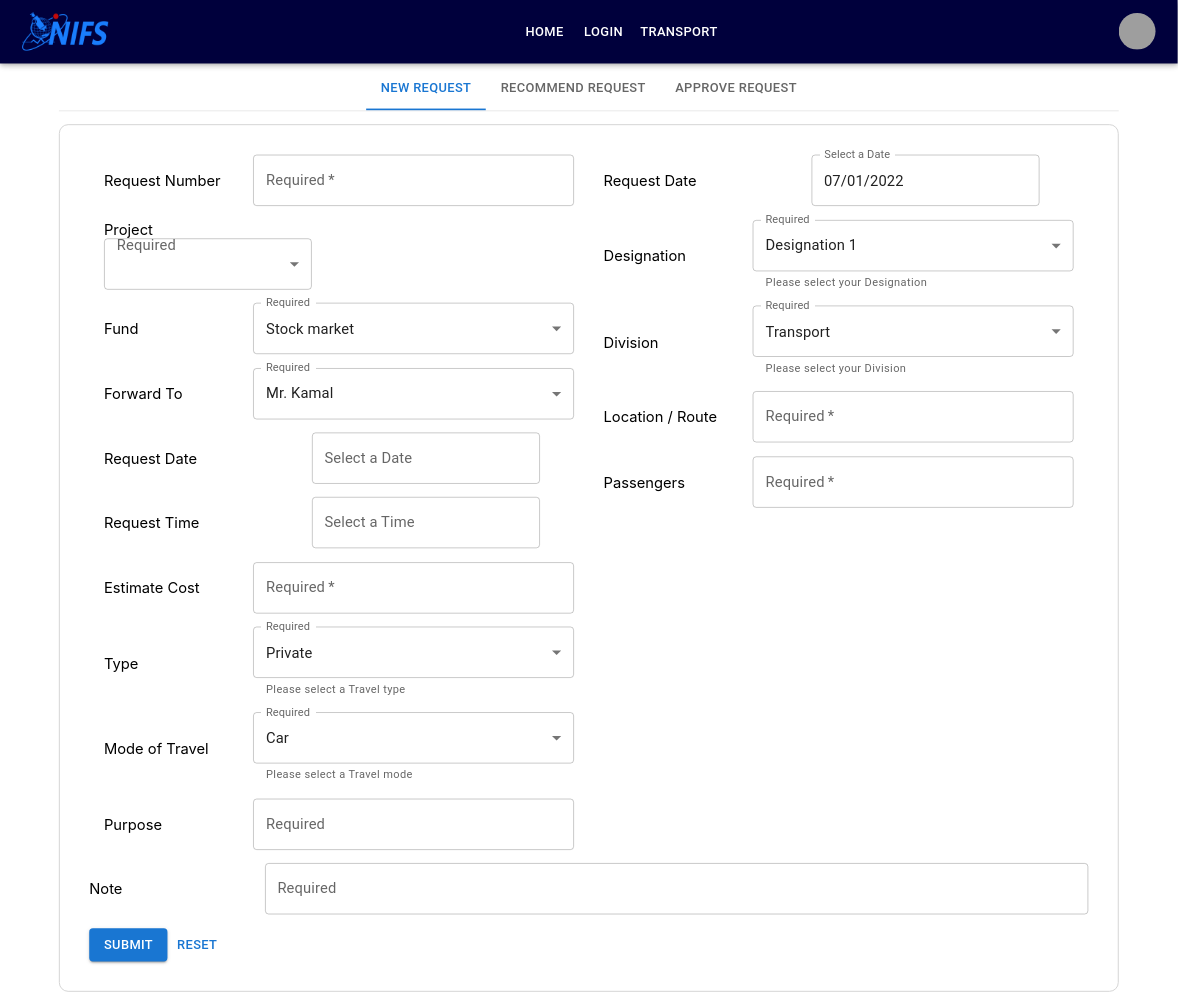
Repository: Ravindu97/NIFS_WebApplication
Page: /transport (app in client/)
These files come from the project's save history. The page is drawn as it stood at one moment and after the next save; the edit follows.
The browser window is 1280 px wide. The pictures show the whole page, at 92% of full size.
Pictures or frames that could not be fetched are drawn as grey boxes. The project was rebuilt for these pictures with package versions that can differ from the ones it lists, and the page was loaded fresh each time. Also part of the build but not shown: client/src/pages/Home.js, client/src/pages/Login.js, client/src/components/Transport/RecommendedRequest.js, client/src/components/Transport/ApproveRequest.js.

Above is the page before, as saved 2022-07-01 09:52:10.

After the next save:
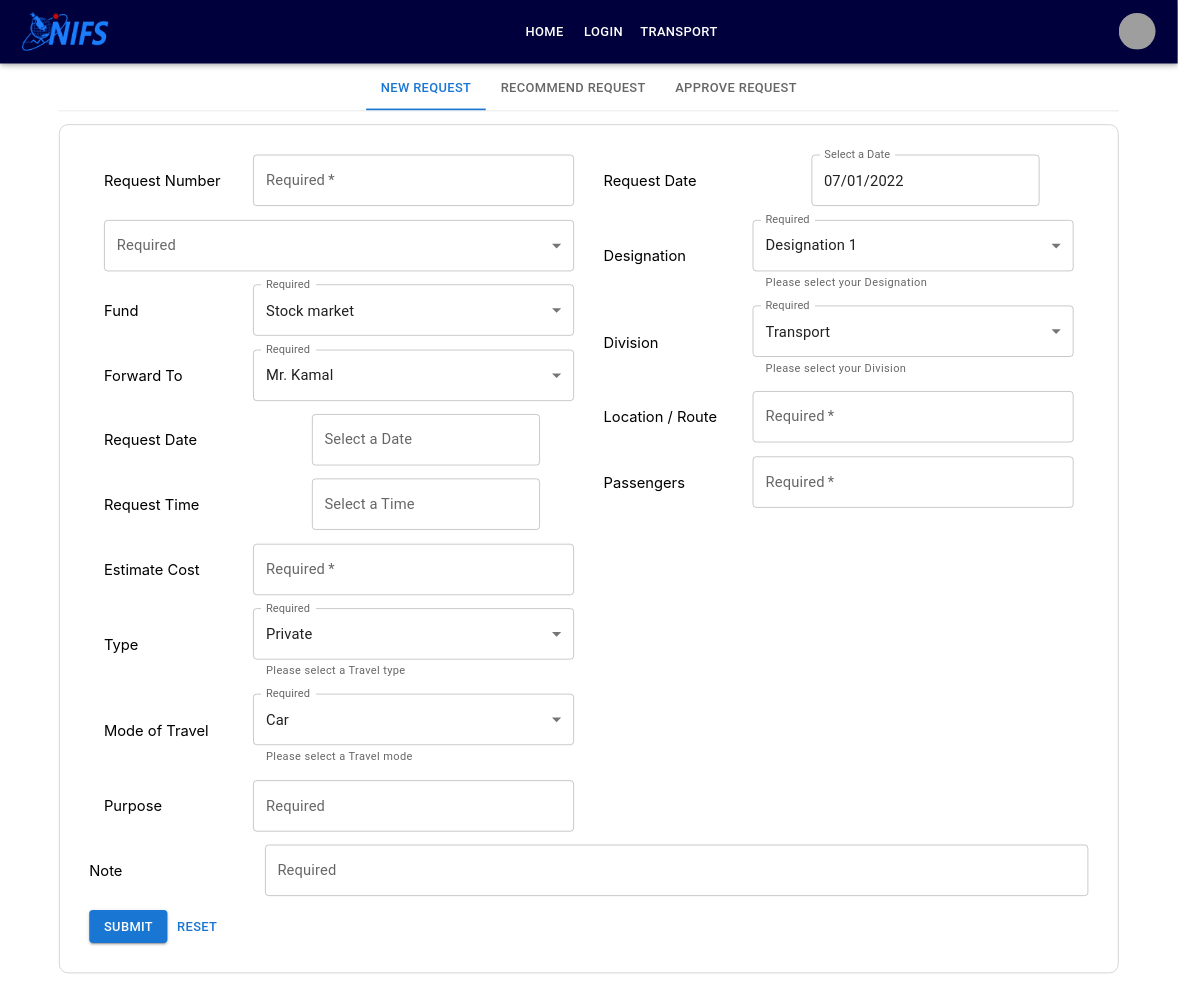
Saved 4 s later.
--- a/client/src/components/Transport/NewRequest.js
+++ b/client/src/components/Transport/NewRequest.js
@@ -98,8 +98,7 @@ function NewRequest() {
 									</option>
 								))}
 							</TextField> */}
-							<FormControl className="input-fields">
-								<label>Project</label>
+							<FormControl fullWidth>
 								<InputLabel id="demo-simple-select-label">Required</InputLabel>
 								<Select
 									fullWidth
